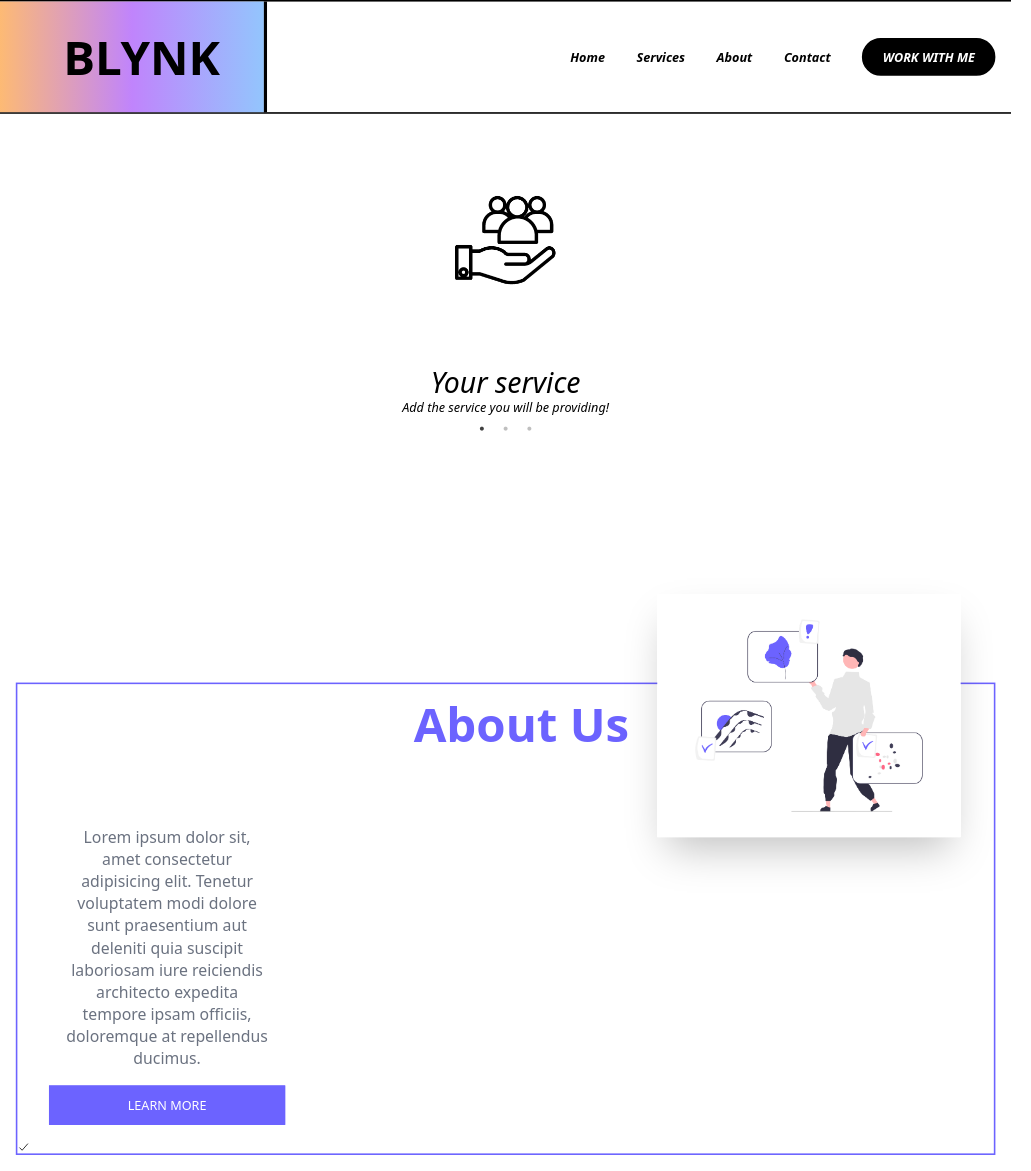
Repository: Al123Kudayyd/eportfolio
Page: /
These files come from the project's save history. The page is drawn as it stood at one moment and after a run of saves; the edit follows.
The browser window is 1280 px wide. The page is 1305 px wide, so the pictures cover 1305 px, including what lies to the right of the window. The pictures show the whole page, at 79% of full size.
The project was rebuilt for these pictures with package versions that can differ from the ones it lists, and the page was loaded fresh each time.

Above is the page before, as saved 2024-02-27 08:00:50.

### src/App.js
import logo from './logo.svg';
import './App.css';
import Nav from './components/Nav';
import Services from './components/Services';
import About from './components/About';

function App() {
  return (
    <div className="App">
      <Nav />
      <Services />
      <About />
    </div>
  );
}

export default App;

### src/components/Nav.jsx
import React from 'react'

function Nav() {
  return (
    <div className=' border-y-2 border-black sticky top-0 z-10'>
        <div className='flex justify-between'>
            <h1 className='font-bold py-10 pl-20 lg:text-6xl text-4xl border-r-4 pr-14 border-black bg-gradient-to-r from-orange-300 via-purple-400 to-blue-300'>BLYNK</h1>
            <ul className='italic hidden lg:flex justify-center items-center space-x-10 cursor-pointer mx-5 text-md font-semibold transp'>
                <li className='hover:text-gray-500 transition-all duration-300 '>Home</li>
                <li className='hover:text-gray-500 transition-all duration-300'>Services</li>
                <li className='hover:text-gray-500 transition-all duration-300'>About</li>
                <li className='hover:text-gray-500 transition-all duration-300'>Contact</li>
                <li className='bg-black text-white px-6 py-[10px] border-2 border-black hover:bg-white rounded-3xl
                hover:text-black transition-all duration-300'>
                    WORK WITH ME
                </li>
            </ul>
        </div>
    </div>
  )
}

export default Nav

### src/components/Services.jsx
import React from 'react'
import "slick-carousel/slick/slick.css";
import "slick-carousel/slick/slick-theme.css";
import Slider from "react-slick";
import service from '../assests/service.png'
import service1 from '../assests/service1.png'
import service2 from '../assests/service2.png'

function Services() {
  var settings = {
    dots: true,
    infinite: true,
    speed: 500,
    slidesToShow: 1,
    slidesToScroll: 1,
  };

  return (
    <div className=''>
        <div className='min-h-[400px] lg:min-h-[700px] text-center '>
        <Slider className='text-black  italic' {...settings}>
      <div className='relative'>
        <img src={service} className='w-1/4 translate-x-[150%]' alt="" />
        <h1 className='text-4xl'>Your service</h1>
        <p className='text-md'>Add the service you will be providing!</p>
      </div>
      <div>
        <img src={service1} className='w-1/4 translate-x-[150%]' alt="" />
        <h3 className='text-4xl'>Your Serivce</h3>
        <p className='text-md'>Add the service you will be providing!</p>
      </div>
      <div>
        <img src={service2} className='w-1/4 translate-x-[150%]' alt="" />
        <h3 className='text-4xl'>Your Serivce</h3>
        <p className='text-md'>Add the service you will be providing!</p>
      </div>
      </Slider>
        </div>
    </div>
  )
}

export default Services

### src/components/About.jsx
import React from 'react'
import about from '../assests/about.png'
import AboutService from './AboutService'
import { IoPersonOutline } from "react-icons/io5";
import { MdOutlineEmail } from "react-icons/md";

function About() {
  return (
    <div className='relative '>
      <div className='relative border-2 border-[#6C63FF] m-5'>
        <div className='pl-10 flex flex-col'>
            <h1 className=' text-[#6C63FF] pt-5 text-6xl font-bold '>
                About Us
            </h1>
            <p className='md:w-1/2 lg:w-1/4 mt-20 text-xl text-gray-500 p-5'>Lorem ipsum dolor sit, amet consectetur adipisicing elit. Tenetur voluptatem modi dolore sunt praesentium aut deleniti quia suscipit laboriosam iure reiciendis architecto expedita tempore ipsam officiis, doloremque at repellendus ducimus.</p>
            <button className='bg-[#6C63FF] text-white border border-[#6C63FF] px-7 py-3 mb-5 hover:bg-white
            hover:text-[#6C63FF] transitio duration-300 w-1/4'>
              LEARN MORE
            </button>
        </div>
        <AboutService button={<IoPersonOutline />} button1={<MdOutlineEmail />} />
        </div>

        <img src={about} className='absolute -top-28 w-[45%] lg:w-[30%] shadow-2xl right-4 lg:right-16' />
    </div>
  )
}

export default About

### src/components/AboutService.js
import React from 'react'

import { IoCheckmarkOutline } from "react-icons/io5";


function AboutService() {
  return (
    <div>
        <div>
            <div>

                <p></p>
            </div>
            <div>

            </div>
            <div>
                <IoCheckmarkOutline />
                <p></p>
            </div>
        </div>
    </div>
  )
}

export default AboutService

### tailwind.config.js
/** @type {import('tailwindcss').Config} */
module.exports = {
  content: [
    "./src/App.js.{js,jsx,ts,tsx}",
    "./src/components/Nav.{js,jsx,ts,tsx}",
    "./src/components/Services.{js,jsx,ts,tsx}",
    "./src/components/About.{js,jsx,ts,tsx}"
],
  theme: {
    extend: {},
  },
  plugins: [],
}

Loaded but not shown: public/index.html (common file); src/index.js (common file); src/index.css (common file); src/reportWebVitals.js (common file); src/App.css (common file)

After the next 10 saves:
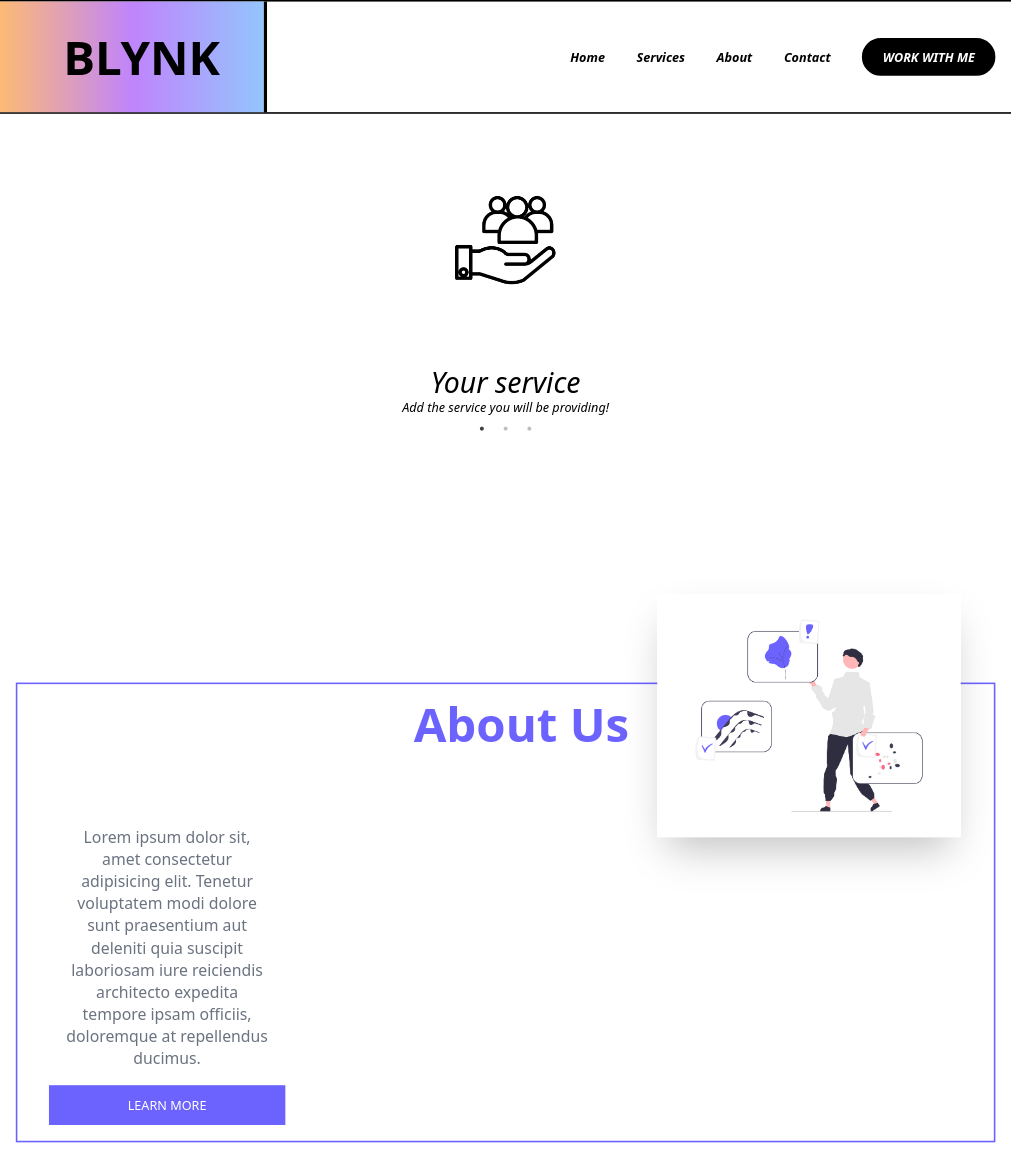
The 10 saves are shown as one change because 5 did not build or start and some came seconds apart.
The last was saved 36 s later.
--- a/src/components/About.jsx
+++ b/src/components/About.jsx
@@ -3,6 +3,7 @@ import about from '../assests/about.png'
 import AboutService from './AboutService'
 import { IoPersonOutline } from "react-icons/io5";
 import { MdOutlineEmail } from "react-icons/md";
+import { IoCheckmarkOutline } from "react-icons/io5";
 
 function About() {
   return (
@@ -18,7 +19,8 @@ function About() {
               LEARN MORE
             </button>
         </div>
-        <AboutService button={<IoPersonOutline />} button1={<MdOutlineEmail />} />
+        <AboutService button={<IoPersonOutline />} button1={<MdOutlineEmail />} button2={<IoCheckmarkOutline />}
+         />
         </div>
 
         <img src={about} className='absolute -top-28 w-[45%] lg:w-[30%] shadow-2xl right-4 lg:right-16' />
--- a/src/components/AboutService.js
+++ b/src/components/AboutService.js
@@ -1,6 +1,6 @@
 import React from 'react'
 
-import { IoCheckmarkOutline } from "react-icons/io5";
+
 
 
 function AboutService() {
@@ -15,7 +15,7 @@ function AboutService() {
 
             </div>
             <div>
-                <IoCheckmarkOutline />
+
                 <p></p>
             </div>
         </div>
